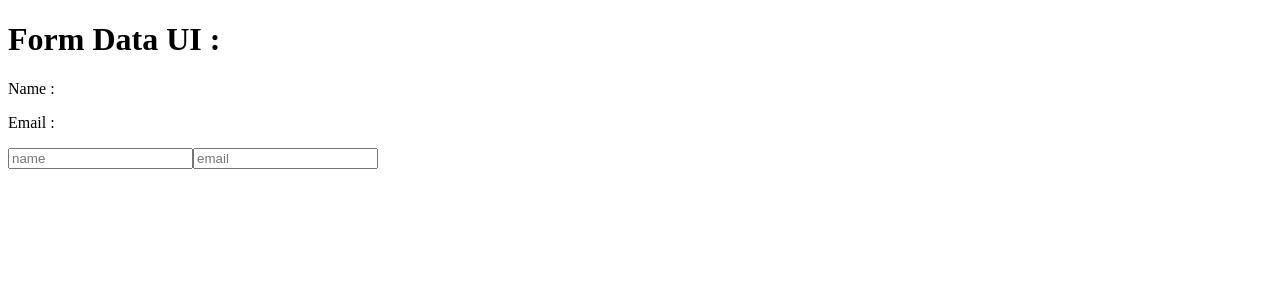
Repository: nileshwankhede03/React-Practices
Page: / (app in form-handling/)
An editor plug-in stored every save of this project. The page is shown before and after a run of saves, followed by the edit.
The browser window is 1280 px wide. The pictures show the whole page.
The project was rebuilt for these pictures with package versions that can differ from the ones it lists, and the page was loaded fresh each time. Also part of the build but not shown: form-handling/vite.config.js, form-handling/src/index.css, form-handling/src/components/Form.jsx.

Above is the page before, as saved 2026-10-05 12:33:04.

### form-handling/src/App.jsx
import Form from './components/Form.jsx';
import FormX from './components/FormX.jsx';

const App = () => {
  return (
    <div>
      <FormX />
    </div>
  );
};

export default App;

### form-handling/src/components/FormX.jsx
import { useState } from 'react';

const FormX = () => {
  // better approach
  const [formData, setFormData] = useState({
    name: '',
    email: '',
  });

  return (
    <div>
      <div>
        <h1>Form Data UI : </h1>
        <p>Name : {formData.name} </p>
        <p>Email : {formData.email}</p>
      </div>

      <div>
        <input
          onChange={(e) => {
            setFormData({ ...formData, name: e.target.value });
          }}
          type="text"
          placeholder="name"
        />
        <input
          onChange={(e) => {
            setFormData({ ...formData, email: e.target.value });
          }}
          type="text"
          placeholder="email"
        />
      </div>
    </div>
  );
};

export default FormX;

### form-handling/src/components/FormXX.jsx
import React from 'react'

const FormXX = () => {
  return (
    <div>

    </div>
  )
}

export default FormXX

Loaded but not shown: form-handling/index.html (common file); form-handling/src/main.jsx (common file)

After the next 4 saves:
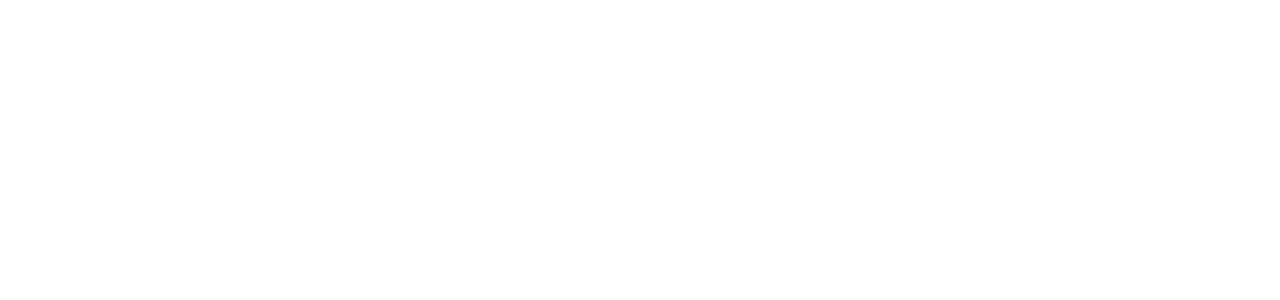
The 4 saves are shown as one change because they came seconds apart.
The last was saved 9 s later.
--- a/form-handling/src/App.jsx
+++ b/form-handling/src/App.jsx
@@ -1,10 +1,11 @@
 import Form from './components/Form.jsx';
 import FormX from './components/FormX.jsx';
+import FormXX from './components/FormXX.jsx';
 
 const App = () => {
   return (
     <div>
-      <FormX />
+      <FormXX />
     </div>
   );
 };

After the 3 saves that followed:
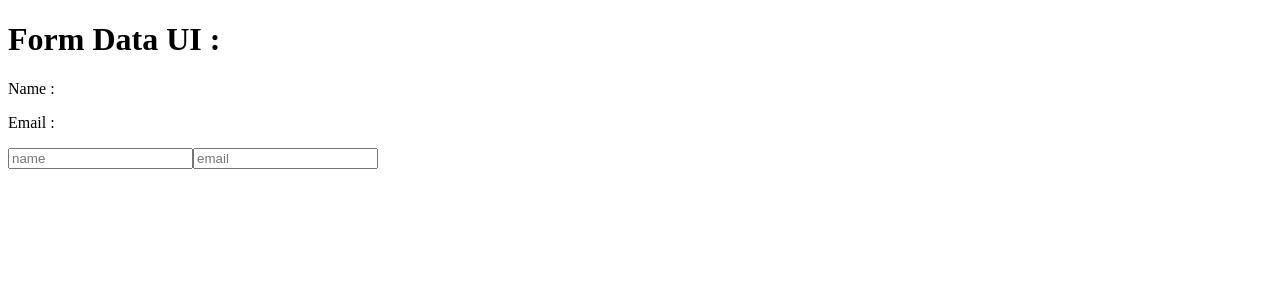
The 3 saves are shown as one change because 1 left the picture as it was and some came seconds apart.
The last was saved 33 s later.
--- a/form-handling/src/components/FormXX.jsx
+++ b/form-handling/src/components/FormXX.jsx
@@ -1,11 +1,37 @@
-import React from 'react'
+import React, { useState } from 'react';
 
 const FormXX = () => {
+  const [formData, setFormData] = useState({
+    name: '',
+    email: '',
+  });
+
   return (
     <div>
+      <div>
+        <h1>Form Data UI : </h1>
+        <p>Name : {formData.name} </p>
+        <p>Email : {formData.email}</p>
+      </div>
 
+      <div>
+        <input
+          onChange={(e) => {
+            setFormData({ ...formData, name: e.target.value });
+          }}
+          type="text"
+          placeholder="name"
+        />
+        <input
+          onChange={(e) => {
+            setFormData({ ...formData, email: e.target.value });
+          }}
+          type="text"
+          placeholder="email"
+        />
+      </div>
     </div>
-  )
-}
+  );
+};
 
-export default FormXX
+export default FormXX;
